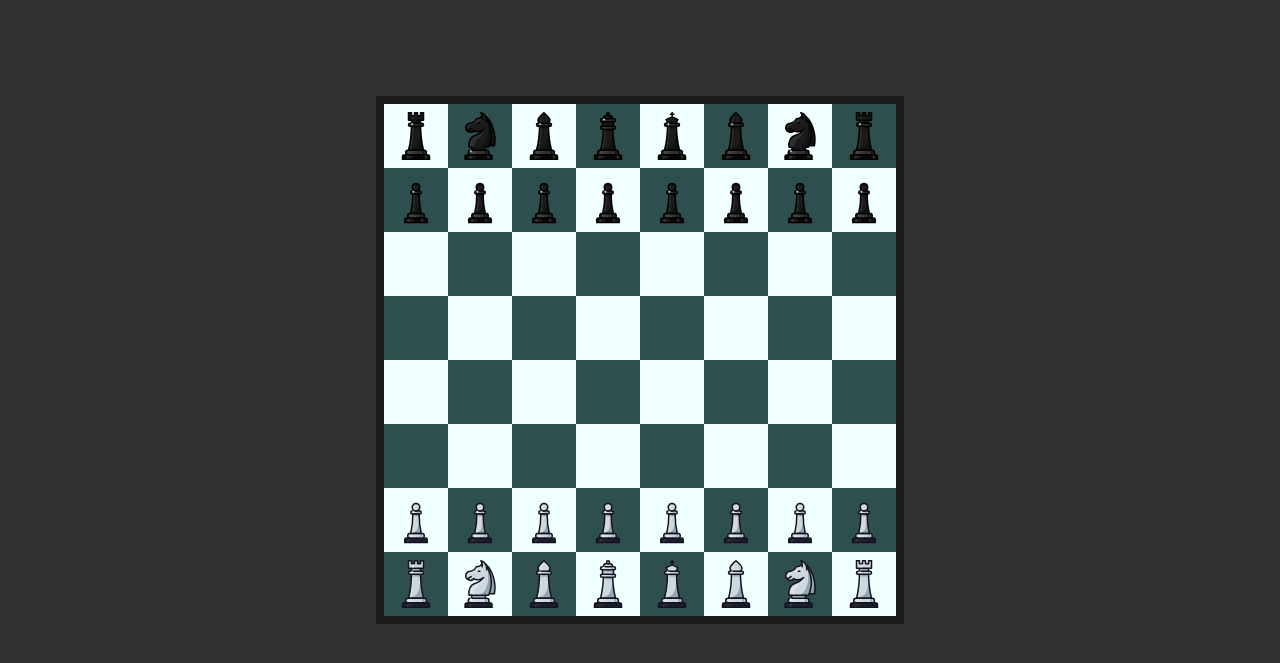
Repository: Mirsmog/react-chess
Page: /
These files come from the project's save history. The page is drawn as it stood at one moment and after the next save; the edit follows.
The browser window is 1280 px wide. The pictures show the whole page.
The project was rebuilt for these pictures with package versions that can differ from the ones it lists, and the page was loaded fresh each time. Also part of the build but not shown: vite.config.ts.

Above is the page before, as saved 2023-10-28 15:45:03.

After the next save:
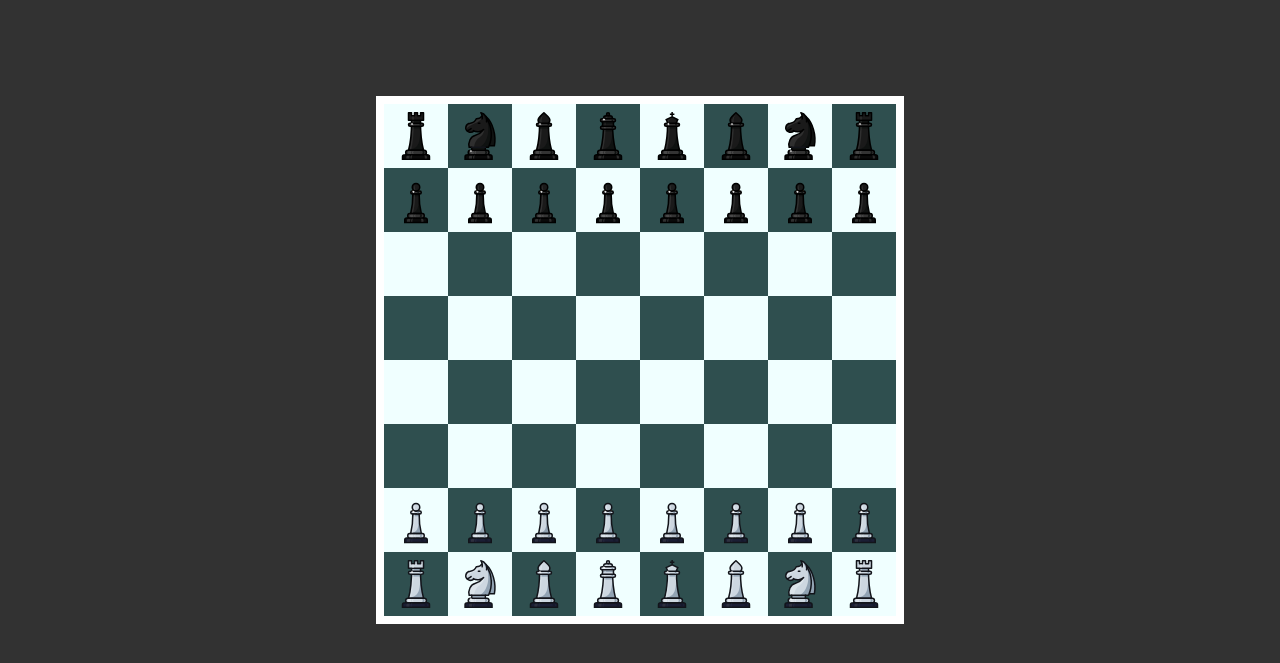
Saved 18 s later.
--- a/src/index.css
+++ b/src/index.css
@@ -21,7 +21,8 @@
   width: calc(var(--sell-size) * 8);
   height: calc(var(--sell-size) * 8);
   flex-wrap: wrap;
-  border: 8px solid #1a1a1a;
+  /* border: 8px solid #1a1a1a; */
+  border: 8px solid white;
   /* transform: scale(1.8); */
 }
 

After the save that followed:
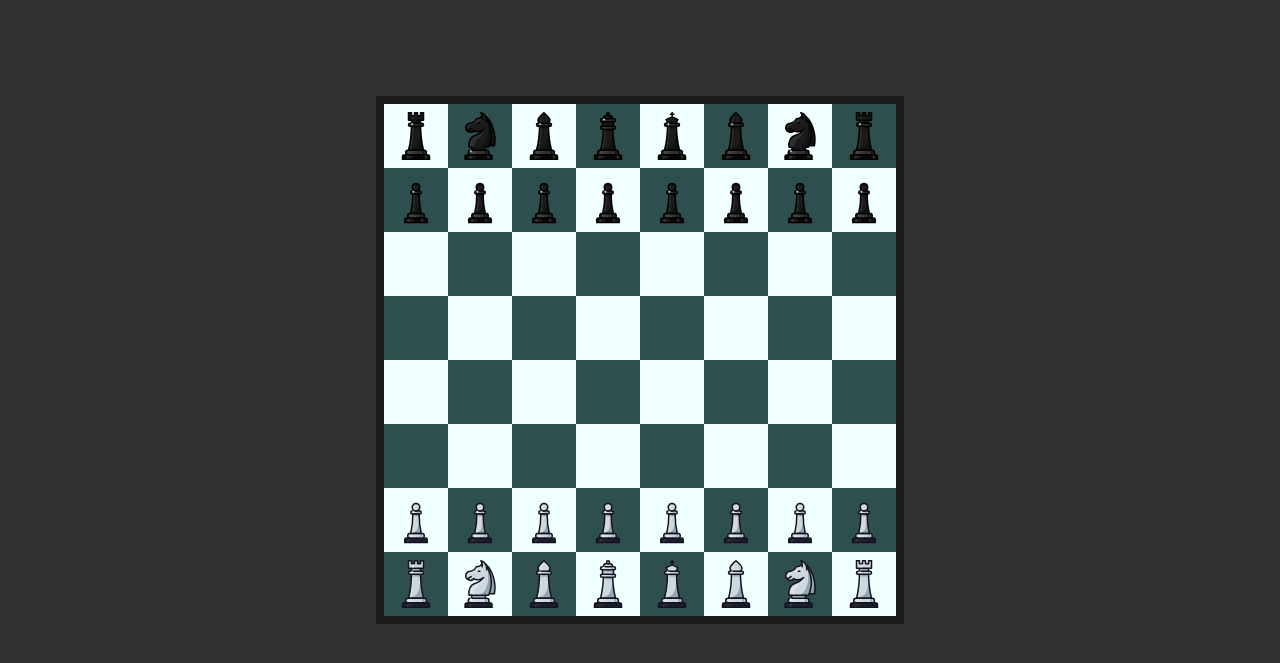
Saved 4 s later.
--- a/src/index.css
+++ b/src/index.css
@@ -21,9 +21,7 @@
   width: calc(var(--sell-size) * 8);
   height: calc(var(--sell-size) * 8);
   flex-wrap: wrap;
-  /* border: 8px solid #1a1a1a; */
-  border: 8px solid white;
-  /* transform: scale(1.8); */
+  border: 8px solid #1a1a1a;
 }
 
 .cell {
